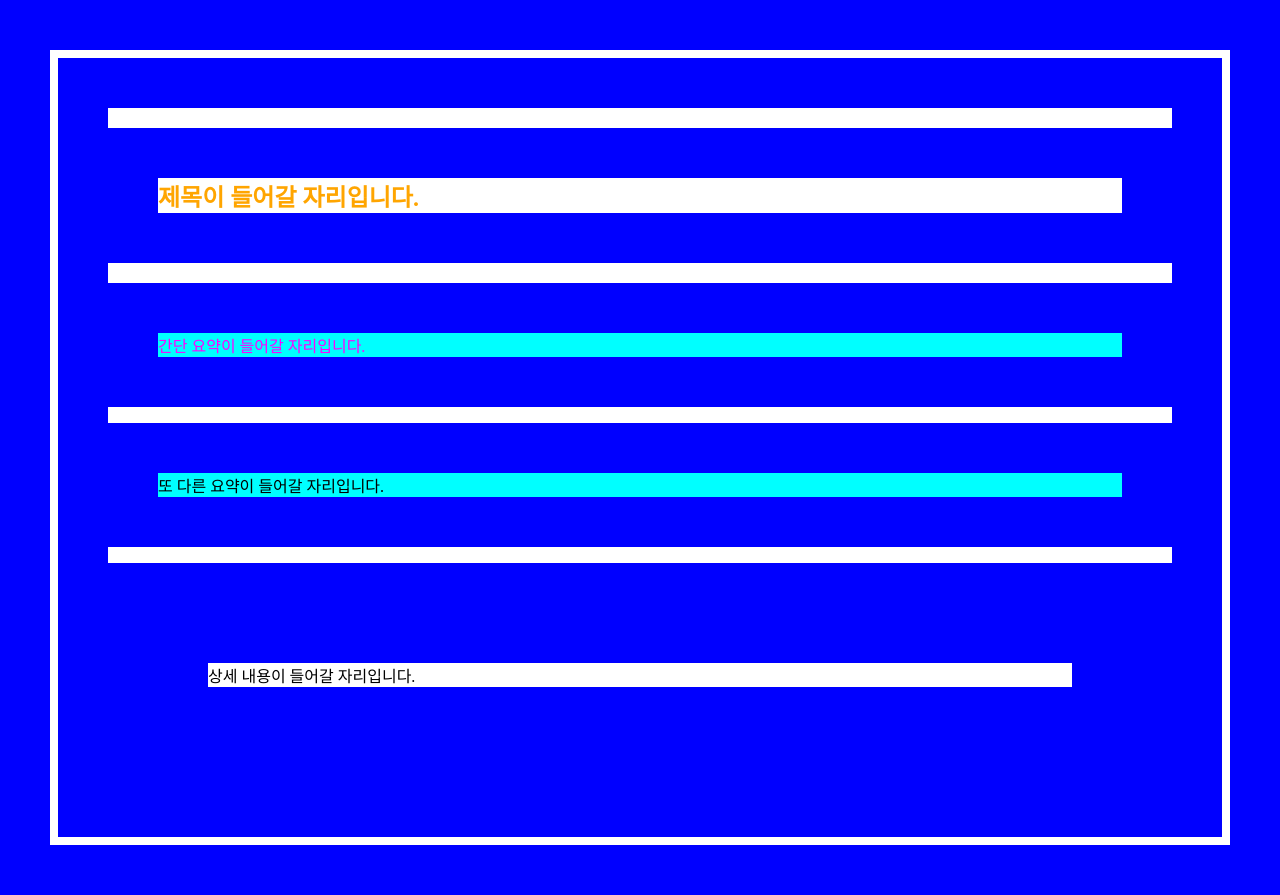
Repository: pvntlc/D-IT-Tech-Internship
Page: Servlet_JSP/Day5/src/main/webapp/jQuery/2-2.selector1.html
The author's editor kept a copy of each file at every save. The page is drawn from the files as they stood at one save, then again after the next save.
The browser window is 1280 px wide. The pictures show the whole page.

Above is the page before, as saved 2023-09-15 05:35:35.

After the next save:
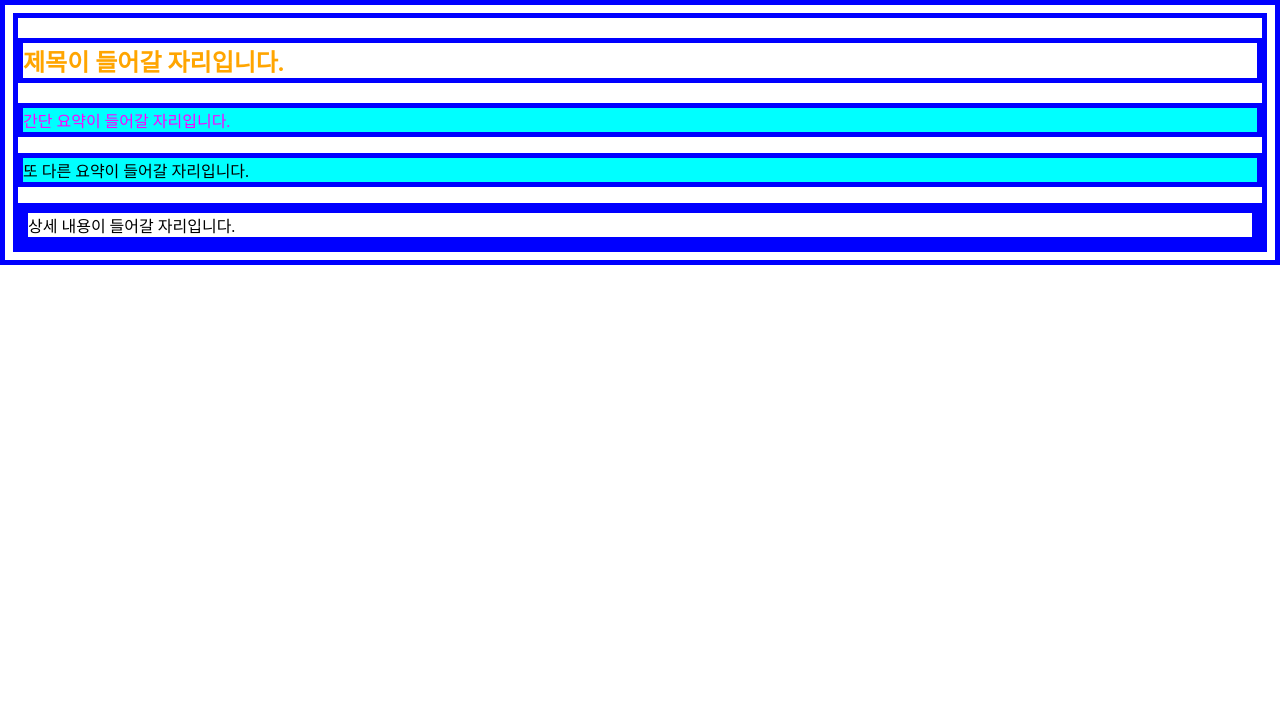
Saved 7 s later.
--- a/Servlet_JSP/Day5/src/main/webapp/jQuery/2-2.selector1.html
+++ b/Servlet_JSP/Day5/src/main/webapp/jQuery/2-2.selector1.html
@@ -7,7 +7,7 @@
     <script type="text/javascript">
       $(document).ready(function () {
 
-          $("*").css("border", "solid 50px blue");
+          $("*").css("border", "solid 5px blue");
           $("h2").css("color", "orange");
           $("p#target").css("color", "magenta");
           $(".item").css("background-color", "cyan");
